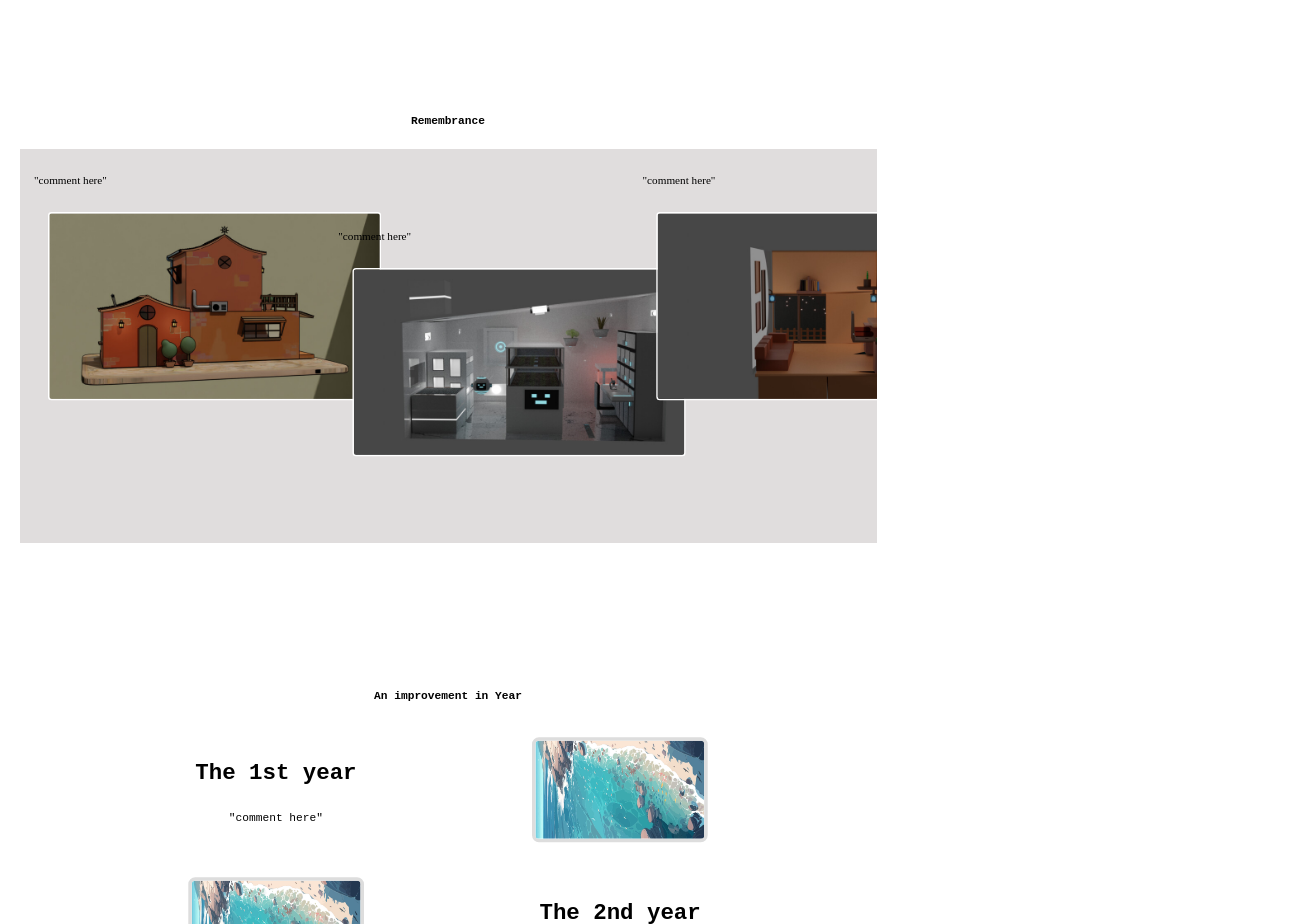
Repository: kittipichcha/Port1
Page: page2.html
An editor plug-in stored every save of this project. The page is shown before and after the next save, followed by the edit.
The browser window is 1280 px wide. The page is 1862 px wide, so the pictures cover 1862 px, including what lies to the right of the window. The pictures show the part of the page from y = 1613 to 2933 px (the page is 4898 px tall before and 4940 px after), at 70% of full size.

Above is the page before, as saved 2024-10-16 21:16:52.

### page2.html
<!DOCTYPE html>
<html>

<head>
    <title>Sculpting page</title>
    <link rel="stylesheet" href="style.css">
</head>

<body>
    <!-- Intro -->
    <div style = "margin: 50px;"> </div>

    <h1 class = "textTopic" style="justify-content: center;"> Sculpting </h1>
    <div class = "widget" style = "justify-content: center;">
        <h2 class = "textTopic" style="justify-content: center;"> Type :  </h2>
        <p class = "textTopic"> Character & Place </p>
    </div>

    <div class = "widget" style = "justify-content: center;">
        <h2 class = "textTopic" style="justify-content: center;"> App :  </h2>
        <p class = "textTopic"> Blender </p>
    </div>

    <hr class = "space">
    <!-- First model -->
    <div class = "widget">
        <img src = 'image/pisa.jpg' class = "icon" style = "width: 50%;">
        <p class = "textGeneral" style = "justify-items: center;"> The first model that I've have done </p>
    </div>

    <div class = "space"> </div>
    <!-- Remembrance -->
    <div class = "galleryContainer">
        <h1 class = "textGeneral" style = "justify-content: center;"> Remembrance </h1>
        <div class = "scrollImage" style = "margin: 20px;">
            <div style = "margin: 20px">
                <p> "comment here" </p>
                <img style = "width:150%" src = "image/house2.jpg">
            </div>
            <div style = "margin: 100px">
                <p> "comment here" </p>
                <img style = "width:150%" src = "image/lab.jpg">
            </div>
            <div style = "margin: 20px">
                <p> "comment here" </p>
                <img style = "width:150%" src = "image/room.jpg">
            </div>
        </div>
    </div>

    <!-- Improvement -->
    <div class = "space"> </div>
    <div class = "galleryContainer">
        <h1 class = "textGeneral"  style="justify-content: center;"> An improvement in Year</h1>
        <div>
            <div class = "widget">
                <div class = "topicAndPara">
                    <h1> The 1st year </h1>
                    <p> "comment here" </p>
                </div>
                <img src = "beach.jpg">
            </div>
            <div class = "widget">
                <img src = "beach.jpg">
                <div class = "topicAndPara">
                    <h1> The 2nd year </h1>
                    <p> "comment here" </p>
                </div>
            </div>
            <div class = "widget">
                <div class = "topicAndPara">
                    <h1> The 3rd year </h1>
                    <p> "comment here" </p>
                </div>
                <img src = "beach.jpg">
            </div>
        </div>
    </div>
    <div>
        <h1 class="textTopic" > Gallery </h1>
        <div class = "widget" style = "padding:20px; height: auto; width:auto">
            <img src = "beach.jpg" style = "width: 40%;">
            <div class = "widget1">
                <img src = "beach.jpg">
                <div class = "widget">
                    <img class = "icon" style = "width: 50%;" src = "beach.jpg">
                    <img class = "icon" style = "width: 50%;" src = "beach.jpg">
                </div>

            </div>
        </div>
        <hr class = "space">
        <h1 class = "textTopic"> Back to Home page </h1>
        <div style = "justify-items: center;">
            <a class = "button"  style = "justify-content: center" href="page1.html"> Home </a>
            <p class = "testGeneral" style = "justify-content: center;"> Hope you enjoy! </p>
        </div>
    </div>
</body>

</html>

### style.css
nav {
    background-color: #318b9b;
    padding: 10px;
    display: flex;
    justify-content: flex-end;
    opacity: 80%;
    border-radius: 10px;
}

nav ul li {
    display: inline-block;
}

nav ul li a:hover {
    background-color: #257ab7;
    border-radius: 5px;
    text-decoration: underline;
}

.textButton li a {
    color: #ffffff;
    text-decoration: none;
    font-family: 'Lucida Console', monospace;
    padding: 10px;
}

.textGeneral {
    color: #000000;
    font-size: medium;
    font-family: 'Courier New', monospace;
    margin: 20px;
    padding: 10px;
    display: flex;
    justify-content: left;
}

.textTopic {
    color: #000000;
    text-decoration: none;
    font-family: 'Lucida Console', monospace;
    margin: 30px;
    margin-bottom: 50px;
    display: flex;
    justify-content: center;
}

.widget {
    display: flex;
    justify-content: space-evenly;
    margin: 30px;
}

.widget div {
    display: flex;
    justify-content: space-between;
    align-items: center;
    margin: 10px;
}

.overlay {
    padding: 20px;
    margin: 50px;
    border-radius: 10px;
    position: absolute;
    top: 0;
    bottom: 0;
    left: 0;
    right: 0;
    height: 80%;
    width: 80%;
    opacity: 0;
    transition: .5s ease;
    background-color: #358eac9e;
}

.container {
    position: relative;
}

.container:hover .overlay{
    opacity: 1.6;
}

.container:hover {
    opacity: 0.5;
}

.textImage {
    color: white;
    font-family: 'Courier New', Courier, monospace;
    position: absolute;
    top: 50%;
    left: 50%;
    transform: translate(-50%, -50%);
    -ms-transform: translate(-50%, -50%);
}

.widget div img {
    display: flex;
    justify-content: space-between;
    align-items: center;
    margin: 10px;
}

.widget1 {
    display: flex;
    flex-direction: column;
    justify-content: space-around;
    align-content: space-around;
    margin: 10px;
}



.space {
    display: flex;
    margin: 100px;
}

.space1 {
    display: flex;
    margin: 40px;
}

.icon {
    display: block;
    border: 2px solid #ddd;
    border-radius: 4px;
    width: 30%;
    align-items: center;
    justify-content: center;
}

.icon2 {
    border: 5px;
    padding: 15px;
    display: block;
    background-color: #ffffff;
    border-radius: 10px;
    width: 30%;
    align-items: center;
    justify-content: center;
}

.icon3 {
    display: block;
    border-radius: 7px;
    width: 30%;
    align-items: center;
    justify-content: center;
}

.icon4 {
    display: block;
    border-radius: 100px;
    width: 30%;
    align-items: center;
    justify-content: center;
}

.image {
    display: block;
    width: 20%;
    align-items: center;
    justify-content: center;
}

.icon2Text {
    display: block;
    border: 2px solid #ddd;
    border-radius: 4px;
    width: 30%;
    align-items: center;
    justify-content: center;
}

.background {
    background-image: url("beach.jpg");
    background-size: cover;
    padding: 20px;
    opacity: 80%;
}

.backgroundColor {
    background-color:#348ecea0;
    border-radius: 20px;
    padding: 40px;
}

.galleryContainer {
    justify-content: center;
}

.galleryContainer img {
    border: 5px solid #ddd;
    border-radius: 10px;
    height: auto;
    width: 20%;
    margin: 10px;
}

.scrollImage {
    background-color: #e0dddd;
    overflow: auto;
    display: flex;
    justify-content: flex-start;
    white-space: nowrap;
}

.scrollImage div img {
    border: 2px solid #ffffff;
    border-radius: 5px;
    height: auto;
    width: 20%;
    margin: 20px;
}

.topicAndPara {
    display: flex;
    flex-direction: column;
    justify-content: flex-start;
}

.topicAndPara:nth-child(n) {
    color: #000000;
    font-size: medium;
    font-family: 'Courier New', monospace;
    margin: 10px;
    padding: 10px;
    display: flex;
    justify-content: left;
}

.button {
    display: flex;
    border: none;
    border-radius: 10px;
    background-image: url("beach.jpg");
    padding: 50px;
    text-align: center;
    text-decoration: none;
    display: inline-block;
    font-family: 'Courier New', monospace;
    color:#ffffff;
    font-size: large;
    text-shadow: 1px 2px black;
    margin: 5px;
    transition-duration: 0.4s;
    cursor: pointer;
}

After the next save:
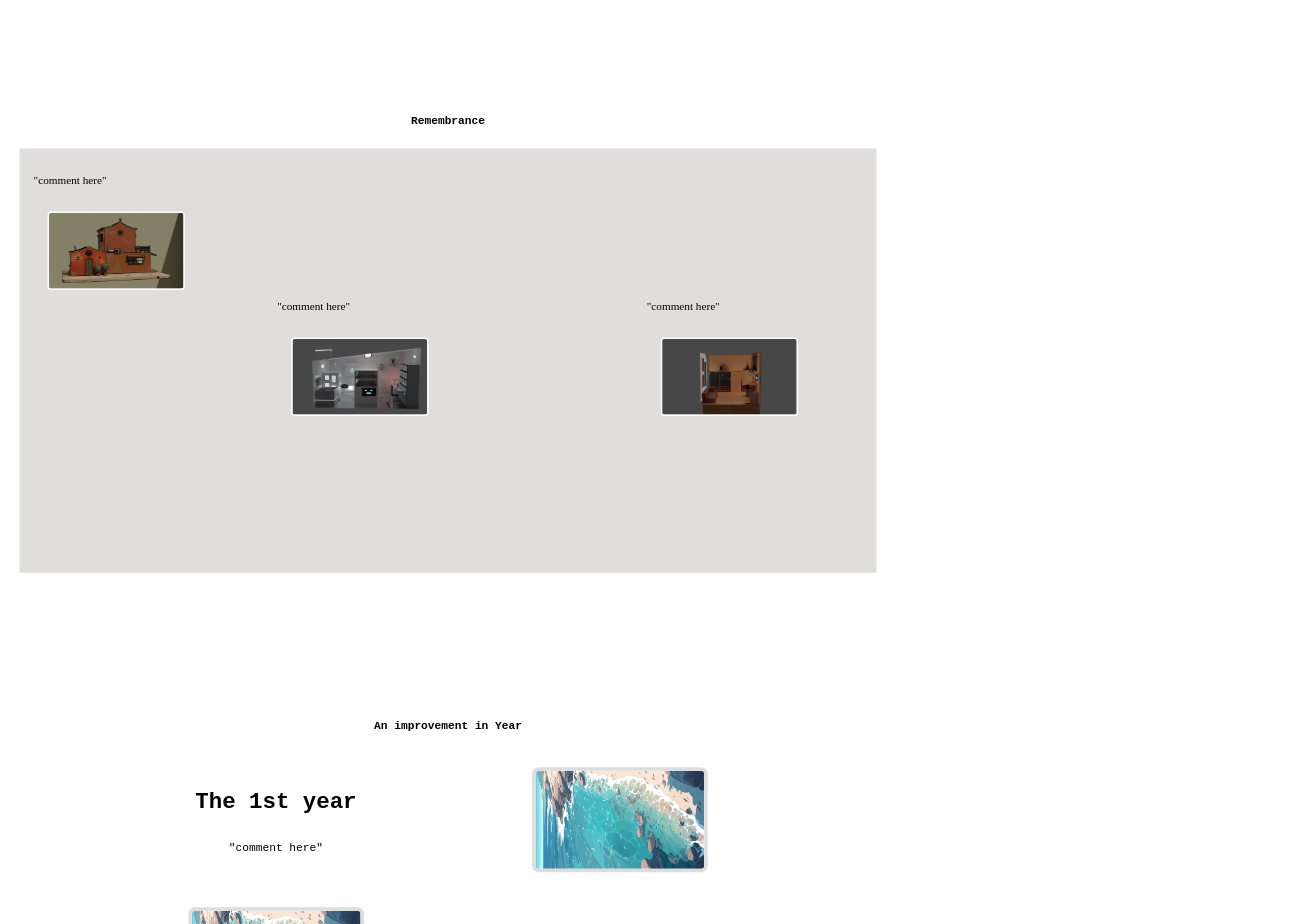
Saved 15 s later.
--- a/page2.html
+++ b/page2.html
@@ -37,11 +37,11 @@
                 <p> "comment here" </p>
                 <img style = "width:150%" src = "image/house2.jpg">
             </div>
-            <div style = "margin: 100px">
+            <div style = "margin: 200px">
                 <p> "comment here" </p>
                 <img style = "width:150%" src = "image/lab.jpg">
             </div>
-            <div style = "margin: 20px">
+            <div style = "margin: 200px">
                 <p> "comment here" </p>
                 <img style = "width:150%" src = "image/room.jpg">
             </div>

After the save that followed:
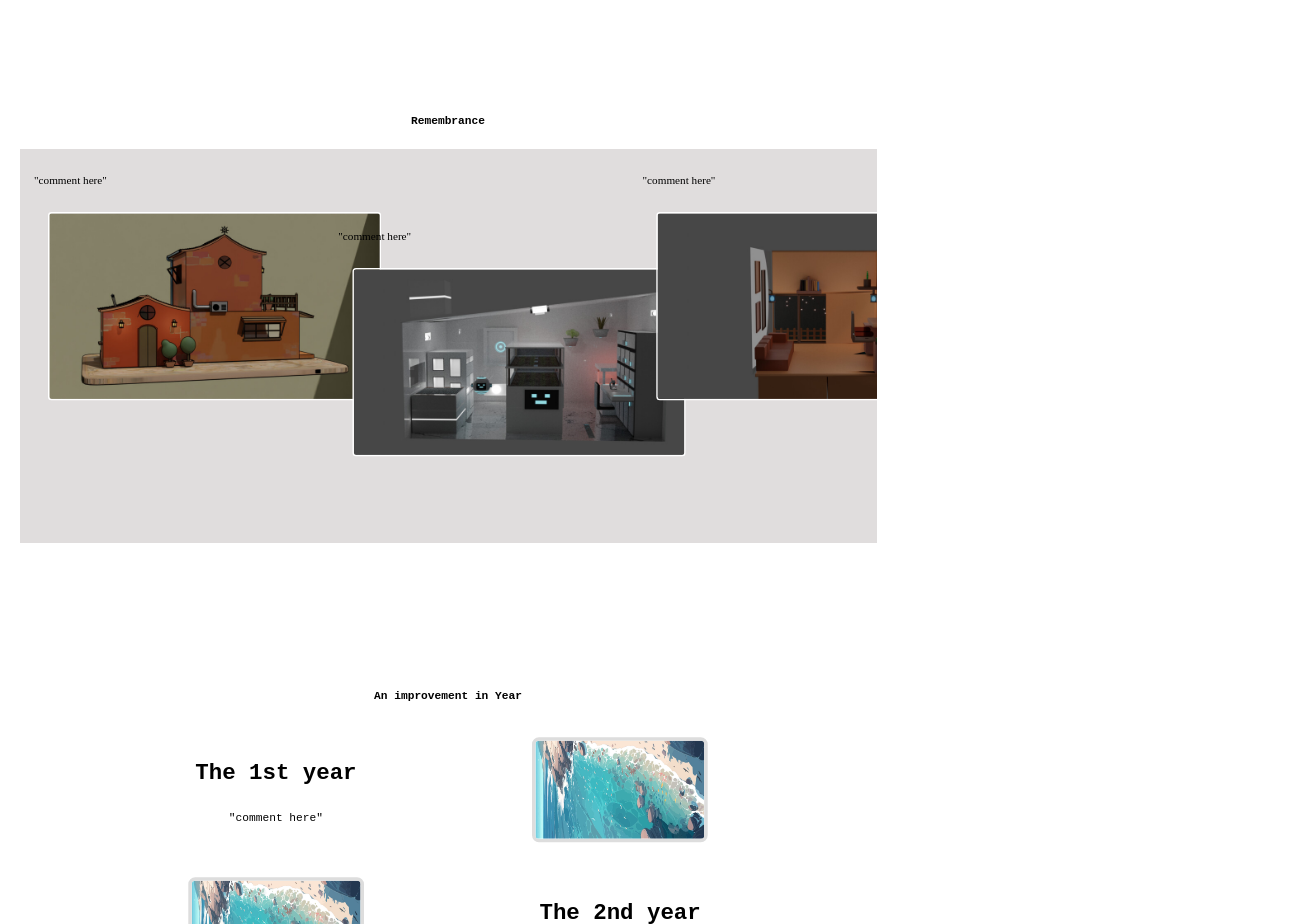
Saved 11 s later.
--- a/page2.html
+++ b/page2.html
@@ -37,11 +37,11 @@
                 <p> "comment here" </p>
                 <img style = "width:150%" src = "image/house2.jpg">
             </div>
-            <div style = "margin: 200px">
+            <div style = "margin: 100px">
                 <p> "comment here" </p>
                 <img style = "width:150%" src = "image/lab.jpg">
             </div>
-            <div style = "margin: 200px">
+            <div style = "margin: 20px">
                 <p> "comment here" </p>
                 <img style = "width:150%" src = "image/room.jpg">
             </div>
